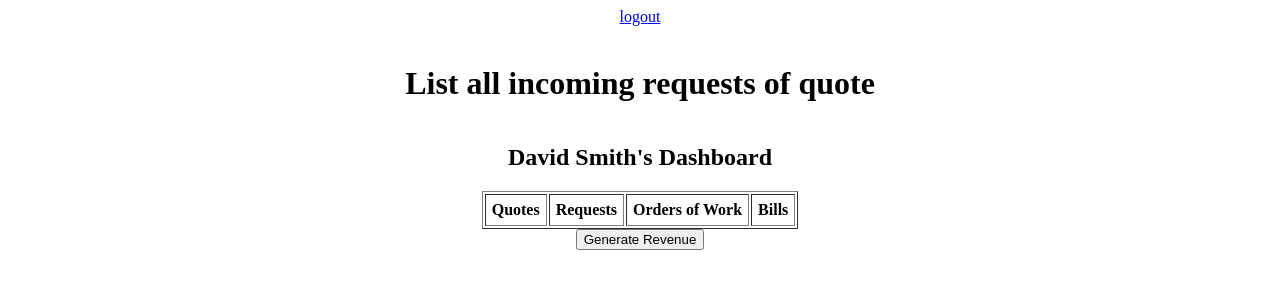
Repository: Sahithkonuganti/DatabaseProject
Page: http://localhost/database/davidView.jsp
These files come from the project's save history. The page is drawn as it stood at one moment and after the next save; the edit follows.
The browser window is 1280 px wide. The pictures show the whole page.
The page is served by Tomcat 9.

Above is the page before, as saved 2023-10-27 20:40:00.

After the next save:
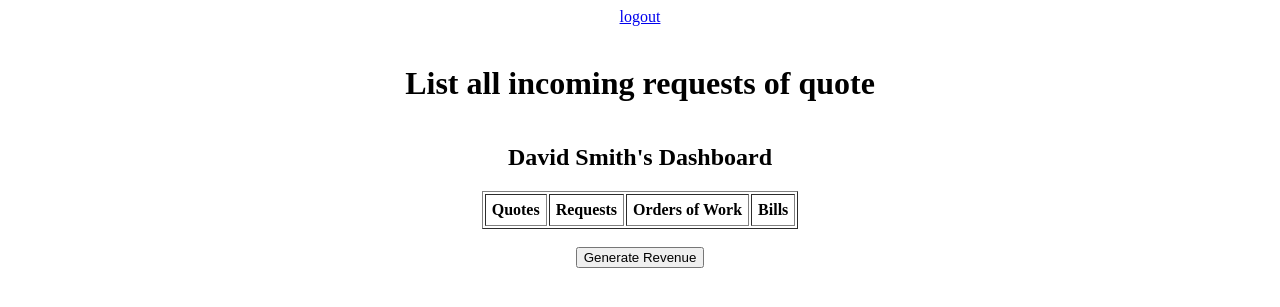
Saved 106 s later.
--- a/database/WebContent/davidView.jsp
+++ b/database/WebContent/davidView.jsp
@@ -28,19 +28,9 @@
                 <th>Bills</th>
                 <!-- <th>PPS_bal</th> -->
             </tr>
-            <c:forEach var="users" items="${listUser}">
-                <tr style="text-align:center">
-                    <td><c:out value="${users.email}" /></td>
-                    <td><c:out value="${users.firstName}" /></td>
-                    <td><c:out value="${users.lastName}" /></td>
-                    <td><c:out value= "${users.adress_street_num} ${users.adress_street} ${users.adress_city} ${users.adress_state} ${users.adress_zip_code}" /></td>
-                    <td><c:out value="${users.password}" /></td>
-                    <td><c:out value="${users.birthday}" /></td>
-                    <td><c:out value="${users.cash_bal}"/></td>
-                    <td><c:out value="${users.PPS_bal}" /></td>
-            </c:forEach>
         </table>
 	</div>
+	<br>
 	<form action = "generate">
 		<input type = "submit" value = "Generate Revenue"/>
 	</form>
